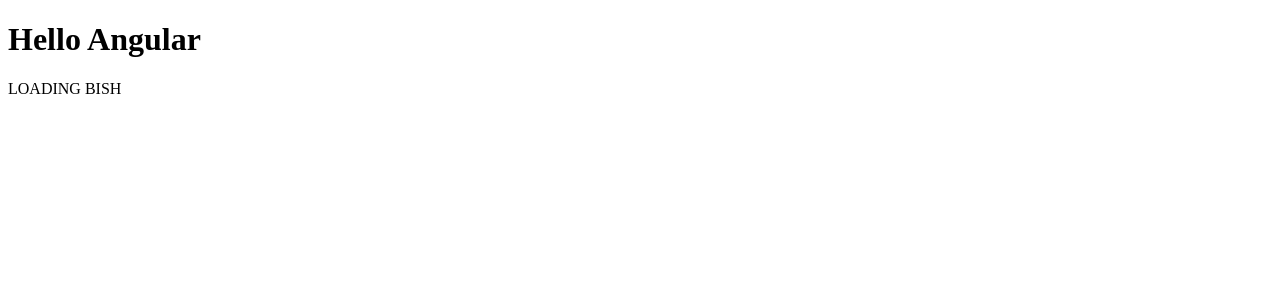
Repository: charlieactor/AngularLabs
Page: ngTodo/WebContent/index.html
The author's editor kept a copy of each file at every save. The page is drawn from the files as they stood at one save, then again after the next save.
The browser window is 1280 px wide. The pictures show the whole page.
Some web libraries are served in a nearby version.

Above is the page before, as saved 2017-08-23 21:53:29.

After the next save:
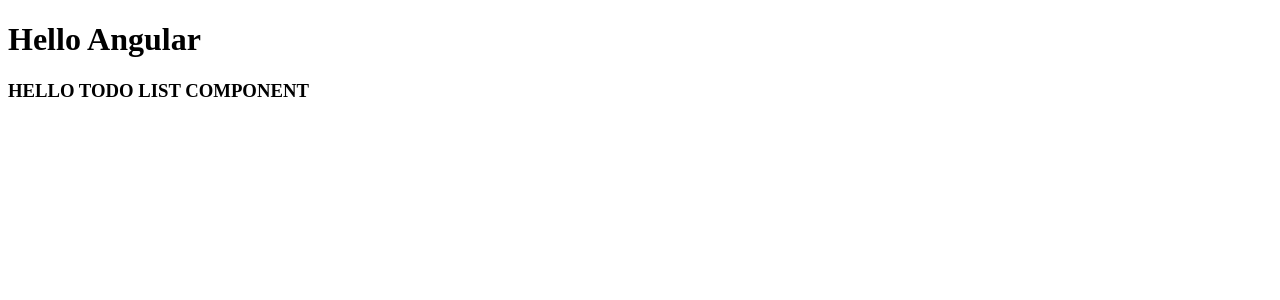
Saved 11 s later.
--- a/ngTodo/WebContent/index.html
+++ b/ngTodo/WebContent/index.html
@@ -5,6 +5,7 @@
 <title>To Do</title>
 <script src="https://cdnjs.cloudflare.com/ajax/libs/angular.js/1.5.7/angular.min.js"></script>
 <script src="app/appModule/app.module.js"></script>
+<script src="app/appModule/todoList.component.js"></script>
 </head>
 <body>
 	<h1>{{ 'Hello Angular' }}</h1>
